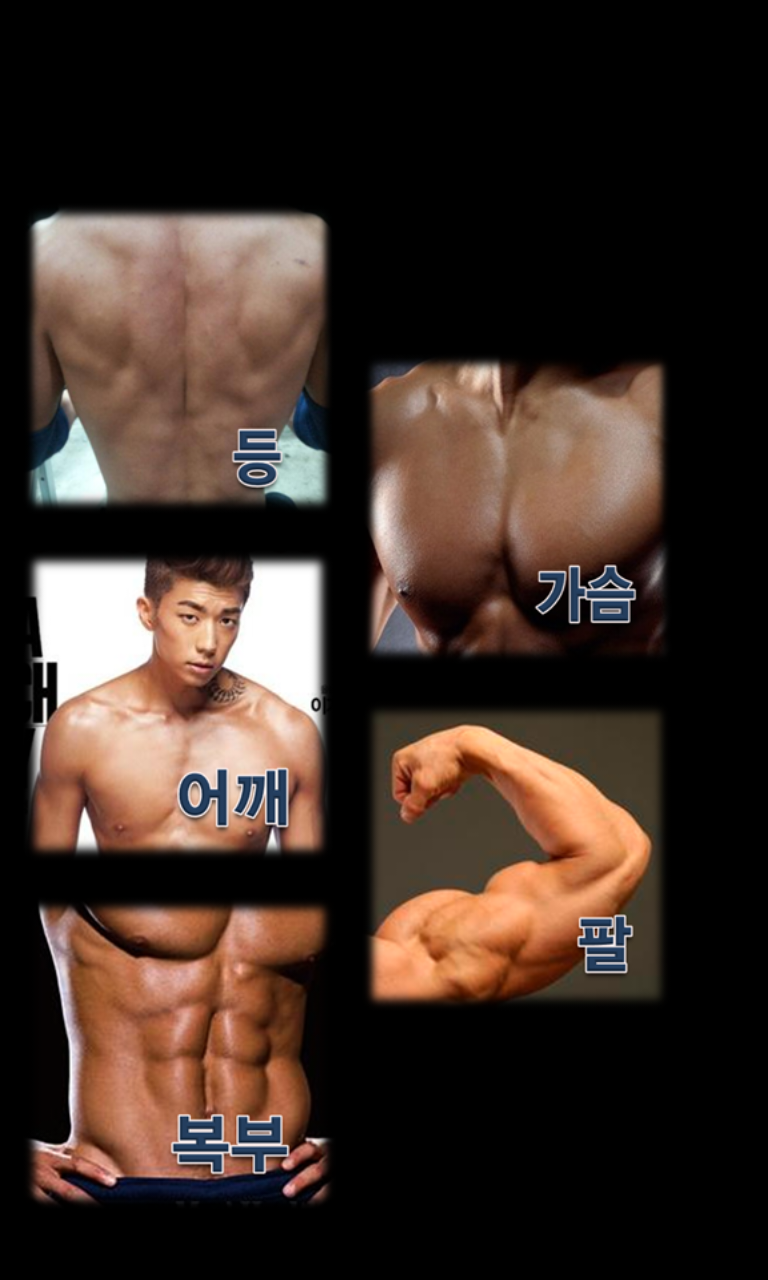
Repository: LewisLim579/2013TeamProject
Layout: PtsApp/res/layout/sangche.xml
The author's editor kept a copy of each file at every save. The layout is drawn from the files as they stood at one save, then again after the next save.
It is drawn on a 768 x 1280 px phone screen (xhdpi) without system bars, with theme android:Theme.NoTitleBar.Fullscreen; the app's code is not run.

Above is the layout before, as saved 2013-05-26 13:03:20.

After the next save:
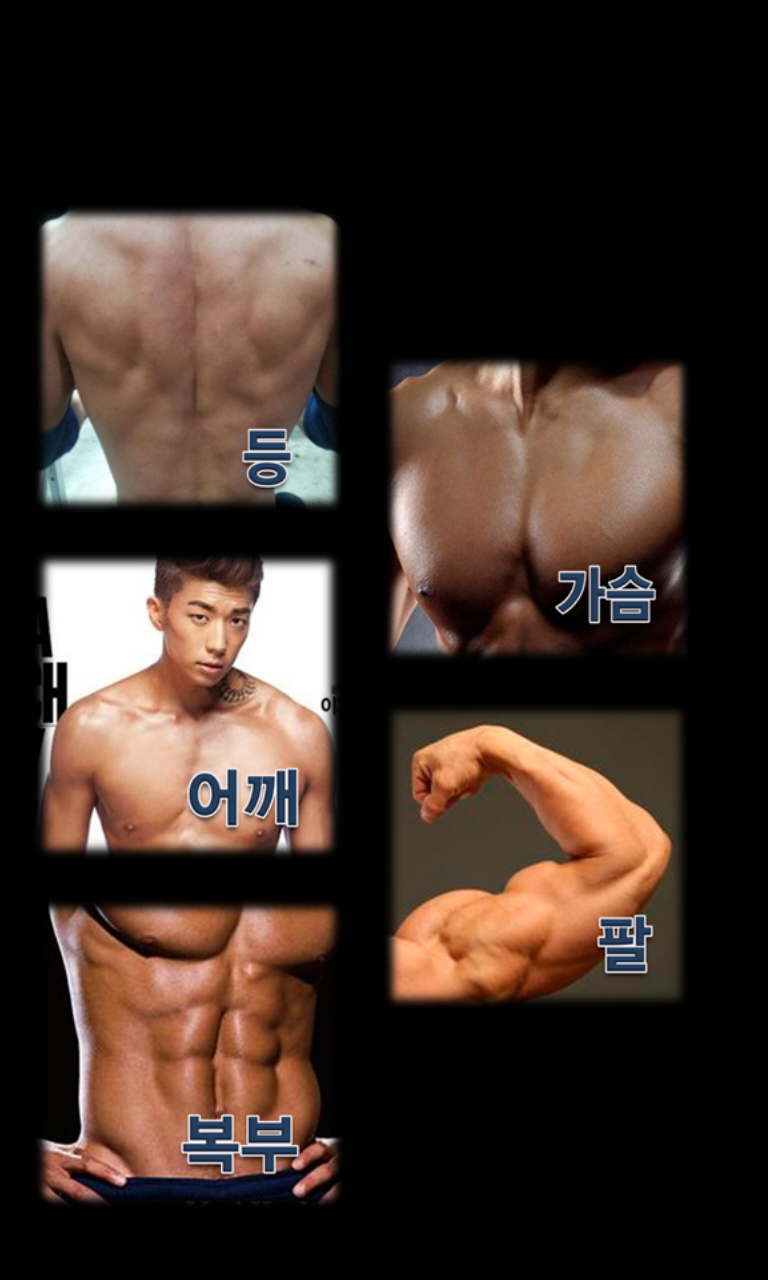
Saved 54 s later.
--- a/PtsApp/res/layout/sangche.xml
+++ b/PtsApp/res/layout/sangche.xml
@@ -14,7 +14,7 @@
         android:background="#00000000"
         android:src="@drawable/s1"
         android:layout_marginTop="100dp"
-        android:layout_marginLeft="10dp"
+        android:layout_marginLeft="15dp"
              />
 
 <ImageButton
@@ -24,7 +24,7 @@
     android:background="#00000000"
     android:src="@drawable/s3"
     android:layout_marginTop="15dp"
-    android:layout_marginLeft="10dp" />
+    android:layout_marginLeft="15dp" />
 
 <ImageButton
     android:id="@+id/s5"
@@ -33,7 +33,7 @@
     android:background="#00000000"
     android:src="@drawable/s5"
     android:layout_marginTop="15dp"
-    android:layout_marginLeft="10dp" />
+    android:layout_marginLeft="15dp" />
 
     </LinearLayout>
 
@@ -49,7 +49,7 @@
     android:background="#00000000"
     android:src="@drawable/s2"
     android:layout_marginTop="175dp"
-    android:layout_marginLeft="10dp" />
+    android:layout_marginLeft="15dp" />
 
 <ImageButton
     android:id="@+id/s4"
@@ -58,7 +58,7 @@
     android:background="#00000000"
     android:src="@drawable/s4"
     android:layout_marginTop="15dp"
-    android:layout_marginLeft="10dp" />
+    android:layout_marginLeft="15dp" />
 
     </LinearLayout>
 
